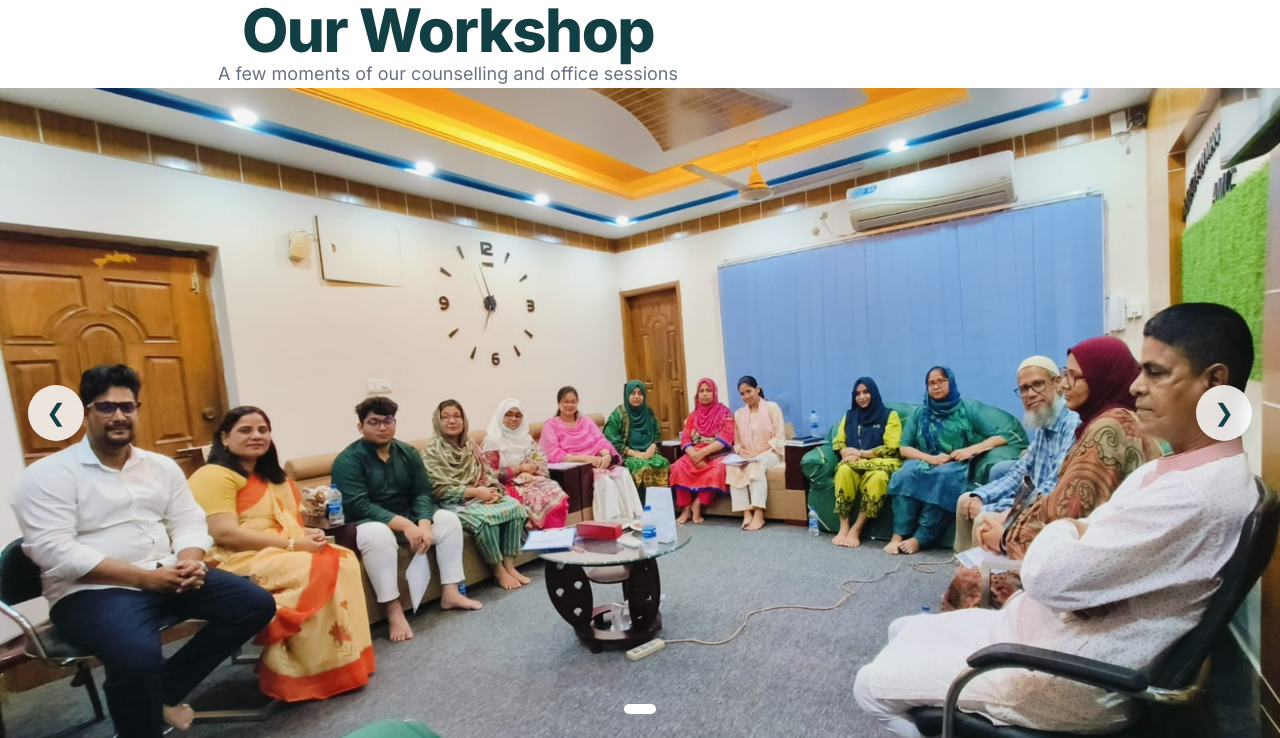
Repository: Tan47s/Lifelogo
Page: /
The author's editor kept a copy of each file at every save. The page is drawn from the files as they stood at one save, then again after the next save.
The browser window is 1280 px wide. The pictures show the whole page.
The project was rebuilt for these pictures with package versions that can differ from the ones it lists, and the page was loaded fresh each time. Also part of the build but not shown: vite.config.js, src/comp/herocon.css, src/comp/Herocon.jsx, src/comp/Contents2.css, src/comp/Contents2.jsx, src/comp/Service2.css, src/comp/Service2.jsx, src/comp/Counsellors.css and 5 more.

Above is the page before, as saved 2026-08-24 11:25:22.

### index.html
<!doctype html>
<html lang="en">
  <head>
    <meta charset="UTF-8" />
    <link rel="icon" type="image/svg+xml" href="/favicon.svg" />
    <meta name="viewport" content="width=device-width, initial-scale=1.0" />
    <title>Life-Logo | Mental Health Counselling &amp; Life Skills</title>
    <meta name="description" content="Life-Logo Mental Health Support &amp; Life Skills Training Unit — professional counselling, resilience coaching, and compassionate support to help you find meaning, hope, and purpose." />
    <meta property="og:title" content="Life-Logo | Mental Health Counselling &amp; Life Skills" />
    <meta property="og:description" content="Professional counselling and life skills training to support your well-being and personal growth." />
    <meta property="og:type" content="website" />
  </head>
  <body>
    <div id="root"></div>
    <script type="module" src="/src/main.jsx"></script>
  </body>
</html>

### src/main.jsx
import { StrictMode } from 'react'
import { createRoot } from 'react-dom/client'

import { App } from './App.jsx'


createRoot(document.getElementById('root')).render(
  <StrictMode>
    <App />
  </StrictMode>,
)

### src/App.jsx
import React from 'react'
import { Header } from './comp/Header'
import { Herocon } from './comp/Herocon'
import { Contents2 } from './comp/Contents2'
import { Service2 } from './comp/Service2'
import { Counsellors } from './comp/Counsellors'
import { Contact } from './comp/Contact'
import { Footer } from './comp/Footer'
import Workshop from './comp/Workshop'
export const App = () => {
  return (
    <div>
     <Workshop/>
    </div>
  )
}

### src/comp/Workshop.jsx
import { useState } from "react";
import w1 from "../assets/workshop/w1.jpeg"

const images = [w1];

export default function Workshop() {
  const [current, setCurrent] = useState(0);

  const nextSlide = () => {
    setCurrent((prev) => (prev + 1) % images.length);
  };

  const prevSlide = () => {
    setCurrent((prev) => (prev - 1 + images.length) % images.length);
  };

  return (
    <section className="w-full bg-white py-16 md:py-20">

      {/* Heading */}
      <div className="mx-auto mb-10 max-w-4xl px-5 text-center">
        <h1 className="text-4xl font-bold tracking-tight text-[#123f43] md:text-5xl lg:text-6xl">
          Our Workshop
        </h1>

        <p className="mt-4 text-base text-gray-500 md:text-lg">
          A few moments of our counselling and office sessions
        </p>
      </div>

      {/* Carousel */}
      <div className="relative w-full overflow-hidden">
        <div className="h-[350px] w-full sm:h-[450px] md:h-[550px] lg:h-[650px]" >
          <img
            src={images[current]}
            alt={`Workshop session ${current + 1}`}
            className="h-full w-full object-cover"
          />
        </div>

        {/* Previous */}
        <button
          onClick={prevSlide}
          aria-label="Previous image"
          className="absolute left-4 top-1/2 flex h-11 w-11 -translate-y-1/2
                     items-center justify-center rounded-full
                     bg-white/85 text-2xl text-[#123f43] shadow-lg
                     backdrop-blur-sm transition hover:scale-110 hover:bg-white
                     md:left-7 md:h-14 md:w-14"
        >
          &#10094;
        </button>

        {/* Next */}
        <button
          onClick={nextSlide}
          aria-label="Next image"
          className="absolute right-4 top-1/2 flex h-11 w-11 -translate-y-1/2
                     items-center justify-center rounded-full
                     bg-white/85 text-2xl text-[#123f43] shadow-lg
                     backdrop-blur-sm transition hover:scale-110 hover:bg-white
                     md:right-7 md:h-14 md:w-14"
        >
          &#10095;
        </button>

        {/* Dots */}
        <div className="absolute bottom-6 left-1/2 flex -translate-x-1/2 gap-2">
          {images.map((_, index) => (
            <button
              key={index}
              onClick={() => setCurrent(index)}
              aria-label={`Go to slide ${index + 1}`}
              className={`h-2.5 rounded-full transition-all duration-300 ${
                current === index
                  ? "w-8 bg-white"
                  : "w-2.5 bg-white/60 hover:bg-white/90"
              }`}
            />
          ))}
        </div>
      </div>
    </section>
  );
}

### src/App.css
@import "tailwindcss";

.header {
  position: fixed;
  top: 0;
  left: 0;
  width: 100%;
  z-index: 1000;
  box-sizing: border-box;
  display: flex;
  justify-content: space-between;
  align-items: center;
  padding: 14px 5%;
  background: rgba(255, 255, 255, 0.95);
  backdrop-filter: blur(10px);
  border-bottom: 1px solid #eaeaea;
  box-shadow: 0 2px 8px rgba(0, 0, 0, 0.04);
  transition: padding 0.3s ease, box-shadow 0.3s ease;
}

.header.scrolled {
  padding: 8px 5%;
  box-shadow: 0 4px 20px rgba(0, 0, 0, 0.08);
}

.logo-container {
  display: flex;
  align-items: center;
  gap: 12px;
}

.logo-img {
  width: 40px;
  height: 40px;
  object-fit: contain;
  border-radius: 10px;
}

.logo-text {
  font-size: 1.25rem;
  font-weight: 700;
  color: #0d8c7a;
  letter-spacing: -0.025em;
  white-space: nowrap;
}

.nav-links {
  display: flex;
  align-items: center;
  gap: 32px;
}

.nav-item {
  background: none;
  border: none;
  cursor: pointer;
  font-family: inherit;
  text-decoration: none;
  font-size: 0.95rem;
  font-weight: 500;
  color: #4b5563;
  transition: color 0.2s ease;
  padding: 4px 0;
  position: relative;
}

.nav-item::after {
  content: '';
  position: absolute;
  bottom: 0;
  left: 0;
  width: 0;
  height: 2px;
  background: var(--primary);
  border-radius: 2px;
  transition: width 0.25s ease;
}

.nav-item:hover::after,
.nav-item.active::after {
  width: 100%;
}

.nav-item:hover,
.nav-item.active {
  color: #0d8c7a;
}

/* ============================================================
   HAMBURGER BUTTON
   ============================================================ */

.hamburger {
  display: none;
  flex-direction: column;
  justify-content: center;
  align-items: center;
  gap: 5px;
  width: 40px;
  height: 40px;
  background: none;
  border: none;
  cursor: pointer;
  padding: 4px;
  border-radius: 8px;
  transition: background 0.2s ease;
  flex-shrink: 0;
}

.hamburger:hover {
  background: rgba(109, 225, 251, 0.12);
}

.ham-bar {
  display: block;
  width: 22px;
  height: 2px;
  background: #1e293b;
  border-radius: 2px;
  transition: transform 0.3s ease, opacity 0.3s ease, width 0.3s ease;
  transform-origin: center;
}

.hamburger.open .ham-bar:nth-child(1) {
  transform: translateY(7px) rotate(45deg);
}
.hamburger.open .ham-bar:nth-child(2) {
  opacity: 0;
  width: 0;
}
.hamburger.open .ham-bar:nth-child(3) {
  transform: translateY(-7px) rotate(-45deg);
}

/* ============================================================
   MOBILE DRAWER
   ============================================================ */

.mobile-nav {
  display: none;
  position: fixed;
  top: 64px;
  left: 0;
  right: 0;
  z-index: 999;
  background: rgba(255, 255, 255, 0.98);
  backdrop-filter: blur(12px);
  border-bottom: 1px solid #eaeaea;
  box-shadow: 0 8px 32px rgba(0, 0, 0, 0.1);
  flex-direction: column;
  padding: 8px 0 16px;
  transform: translateY(-12px);
  opacity: 0;
  pointer-events: none;
  transition: transform 0.28s ease, opacity 0.28s ease;
}

.mobile-nav.open {
  transform: translateY(0);
  opacity: 1;
  pointer-events: auto;
}

.mobile-nav-item {
  width: 100%;
  background: none;
  border: none;
  cursor: pointer;
  font-family: inherit;
  font-size: 1rem;
  font-weight: 500;
  color: #374151;
  text-align: left;
  padding: 14px 6%;
  transition: background 0.18s ease, color 0.18s ease;
  border-left: 3px solid transparent;
}

.mobile-nav-item:hover {
  background: rgba(109, 225, 251, 0.08);
  color: #0d8c7a;
  border-left-color: var(--primary);
}

.mobile-nav-item.active {
  color: #0d8c7a;
  font-weight: 700;
  border-left-color: var(--primary);
  background: rgba(109, 225, 251, 0.06);
}

/* ============================================================
   BACKDROP
   ============================================================ */

.mobile-backdrop {
  display: none;
  position: fixed;
  inset: 0;
  z-index: 998;
  background: rgba(0, 0, 0, 0.3);
  opacity: 0;
  transition: opacity 0.28s ease;
  pointer-events: none;
}

.mobile-backdrop.visible {
  opacity: 1;
  pointer-events: auto;
}

/* ============================================================
   RESPONSIVE BREAKPOINT  ≤ 768px
   ============================================================ */

@media (max-width: 768px) {
  .hamburger         { display: flex; }
  .nav-links         { display: none; }
  .mobile-nav        { display: flex; }
  .mobile-backdrop   { display: block; }
}

### src/Index.css

@import url('https://fonts.googleapis.com/css2?family=Inter:wght@100..900&display=swap');

:root {
  /* Brand */
  --primary: #6de1fb;        /* Teal from header */
  --primary-light: #02ff78;


  /* Logo greens */
  --green: #22C55E;
  --green-light: #DCFCE7;

  /* Blue accent */
  --blue: #38BDF8;
  --blue-light: #E0F2FE;

  /* Backgrounds */
  --background: #F8FAFC;
  --surface: #FFFFFF;

  /* Text */
  --text: #1E293B;
  --text-muted: #64748B;

  /* Borders */
  --border: #E2E8F0;
}

* {
  margin: 0;
  padding: 0;
  box-sizing: border-box;
  font-family: "Inter", sans-serif;
}

h1{
    font-weight: 800;
}

p{
    font-weight: 400;
}

### src/comp/Header.jsx
import React, { useState, useEffect } from 'react'
import logo from '../assets/logo.png'
import '../App.css'
import '../Index.css'

const navLinks = [
  { label: 'Home',      id: 'home' },
  { label: 'Our Story', id: 'story' },
  { label: 'Services',  id: 'services' },
  { label: 'Our Team',  id: 'team' },
  { label: 'Contact',   id: 'contact' },
]

export const Header = () => {
  const [active,  setActive]  = useState('home')
  const [scrolled, setScrolled] = useState(false)
  const [menuOpen, setMenuOpen] = useState(false)

  // Shrink header + close menu on scroll
  useEffect(() => {
    const onScroll = () => {
      setScrolled(window.scrollY > 20)
      if (window.scrollY > 20) setMenuOpen(false)
    }
    window.addEventListener('scroll', onScroll)
    return () => window.removeEventListener('scroll', onScroll)
  }, [])

  // Lock body scroll when mobile menu is open
  useEffect(() => {
    document.body.style.overflow = menuOpen ? 'hidden' : ''
    return () => { document.body.style.overflow = '' }
  }, [menuOpen])

  const handleNav = (id) => {
    setActive(id)
    setMenuOpen(false)
    const el = document.getElementById(id)
    if (el) el.scrollIntoView({ behavior: 'smooth' })
  }

  return (
    <>
      <header className={`header ${scrolled ? 'scrolled' : ''}`}>
        {/* ── Logo ── */}
        <div className="logo-container">
          <img className="logo-img" src={logo} alt="Life-Logo" />
          <span className="logo-text">Life-Logo</span>
        </div>

        {/* ── Desktop nav ── */}
        <nav className="nav-links" aria-label="Main navigation">
          {navLinks.map((link) => (
            <button
              key={link.id}
              id={`nav-${link.id}`}
              className={`nav-item ${active === link.id ? 'active' : ''}`}
              onClick={() => handleNav(link.id)}
            >
              {link.label}
            </button>
          ))}
        </nav>

        {/* ── Hamburger toggle (mobile only) ── */}
        <button
          id="hamburger-btn"
          className={`hamburger ${menuOpen ? 'open' : ''}`}
          onClick={() => setMenuOpen((o) => !o)}
          aria-label={menuOpen ? 'Close menu' : 'Open menu'}
          aria-expanded={menuOpen}
        >
          <span className="ham-bar" />
          <span className="ham-bar" />
          <span className="ham-bar" />
        </button>
      </header>

      {/* ── Mobile drawer ── */}
      <div
        className={`mobile-backdrop ${menuOpen ? 'visible' : ''}`}
        onClick={() => setMenuOpen(false)}
        aria-hidden="true"
      />
      <nav
        className={`mobile-nav ${menuOpen ? 'open' : ''}`}
        aria-label="Mobile navigation"
      >
        {navLinks.map((link) => (
          <button
            key={link.id}
            id={`mob-nav-${link.id}`}
            className={`mobile-nav-item ${active === link.id ? 'active' : ''}`}
            onClick={() => handleNav(link.id)}
          >
            {link.label}
          </button>
        ))}
      </nav>
    </>
  )
}

After the next save:
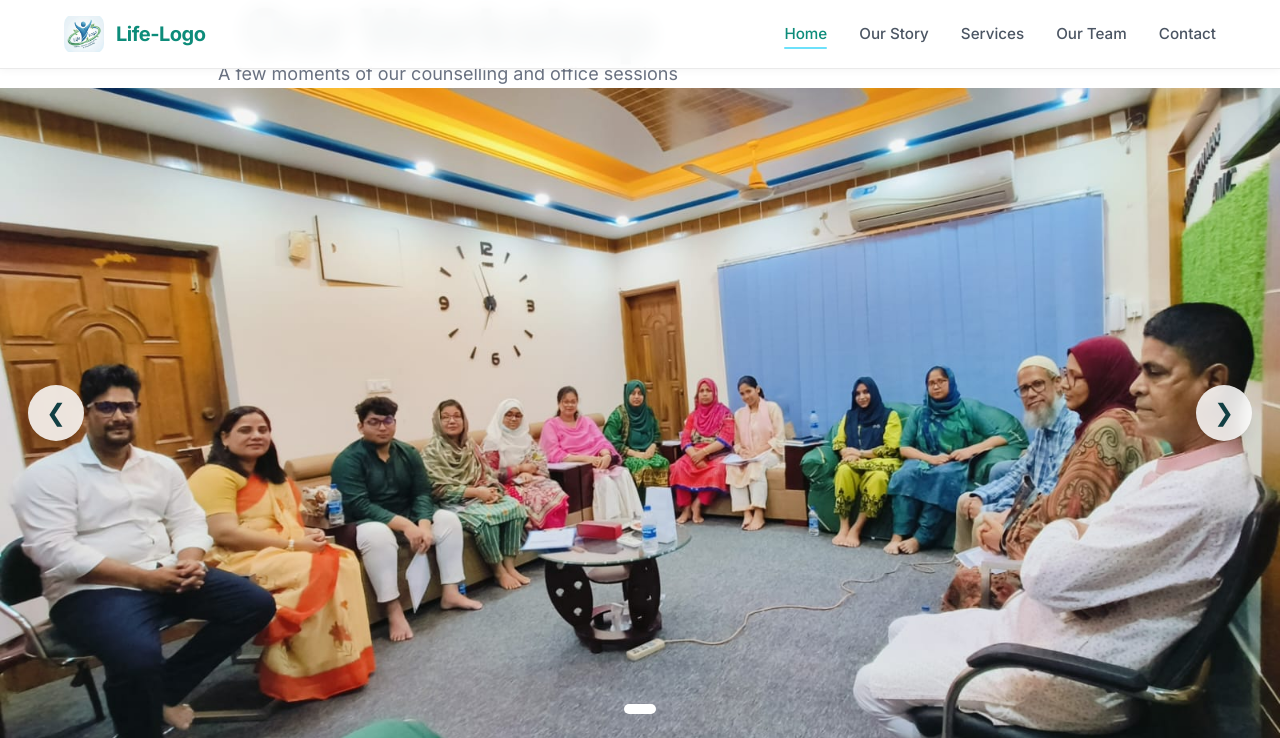
Saved 25 s later.
--- a/src/App.jsx
+++ b/src/App.jsx
@@ -10,6 +10,7 @@ import Workshop from './comp/Workshop'
 export const App = () => {
   return (
     <div>
+      <Header/>
      <Workshop/>
     </div>
   )
